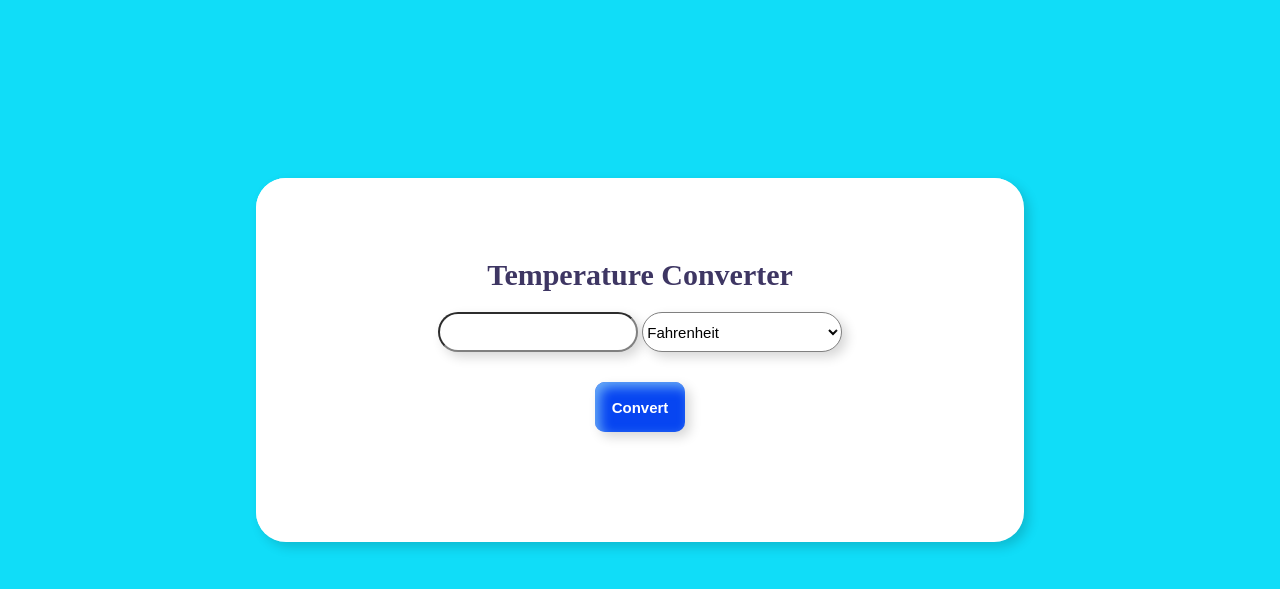
Repository: Mayur2905/OIBSIP
Page: Task-4/index.html
These files come from the project's save history. The page is drawn as it stood at one moment and after the next save; the edit follows.
The browser window is 1280 px wide. The pictures show the whole page.

Above is the page before, as saved 2022-02-03 23:57:44.

After the next save:
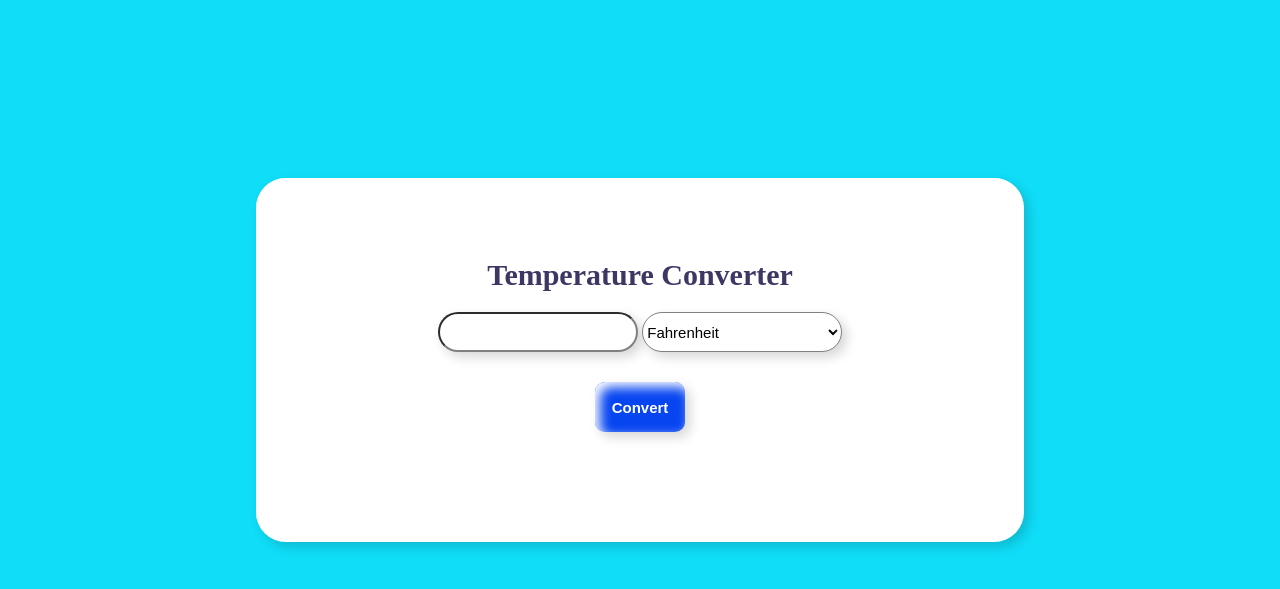
Saved 2 min 31 s later.
--- a/Task-4/style.css
+++ b/Task-4/style.css
@@ -66,7 +66,7 @@ label {
   border: none;
   margin: 30px;
   border-radius: 10px;
-  box-shadow: inset 5px 5px 12px #68abf7, 5px 5px 12px rgba(0, 0, 0, 0.16);
+  box-shadow: inset 5px 5px 12px #ffffff, 5px 5px 12px rgba(0, 0, 0, 0.16);
 }
 #result {
   font-size: 15px;
